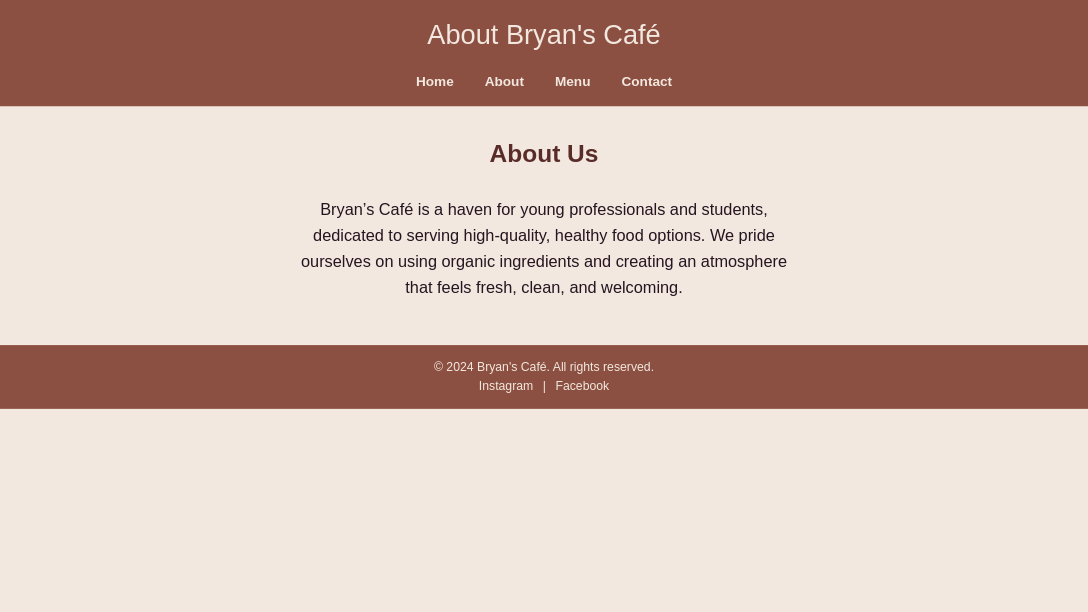
Repository: julianpedrazajf/bryancafe
Page: about.html
The author's editor kept a copy of each file at every save. The page is drawn from the files as they stood at one save, then again after the next save.
The browser window is 1280 px wide. The pictures show the whole page, at 85% of full size.

Above is the page before, as saved 2024-11-04 07:57:48.

After the next save:
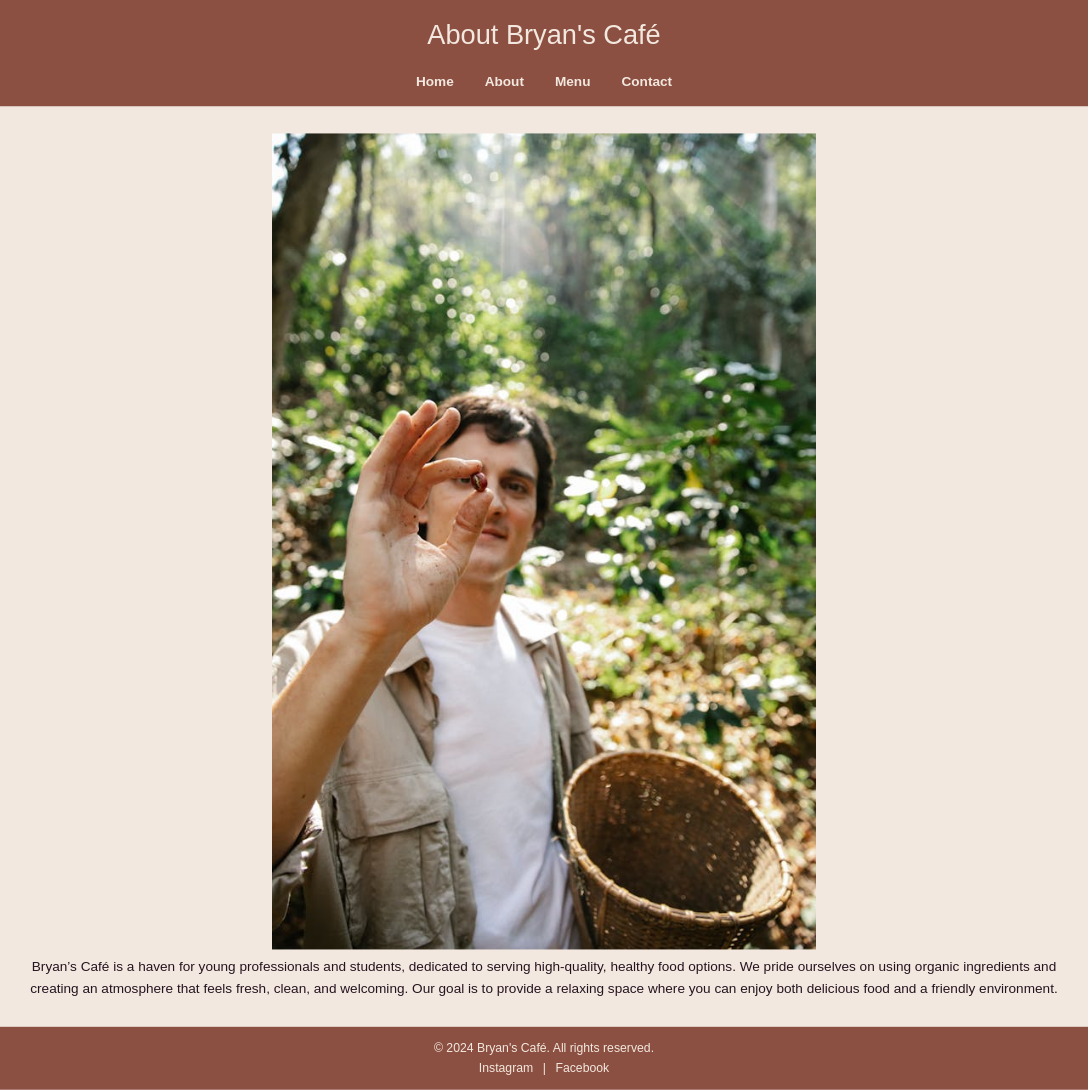
Saved 8 s later.
--- a/about.html
+++ b/about.html
@@ -17,10 +17,15 @@
         </nav>
     </header>
 
-    <section id="about">
-        <h2>About Us</h2>
-        <p>Bryan’s Café is a haven for young professionals and students, dedicated to serving high-quality, healthy food options.
-           We pride ourselves on using organic ingredients and creating an atmosphere that feels fresh, clean, and welcoming.</p>
+    <section id="about-content">
+        <div class="grid">
+            <div class="grid-item">
+                <img src="assets/images/about_cafe.jpg" alt="About Bryan's Café">
+            </div>
+            <div class="grid-item">
+                <p>Bryan’s Café is a haven for young professionals and students, dedicated to serving high-quality, healthy food options. We pride ourselves on using organic ingredients and creating an atmosphere that feels fresh, clean, and welcoming. Our goal is to provide a relaxing space where you can enjoy both delicious food and a friendly environment.</p>
+            </div>
+        </div>
     </section>
 
     <footer>
